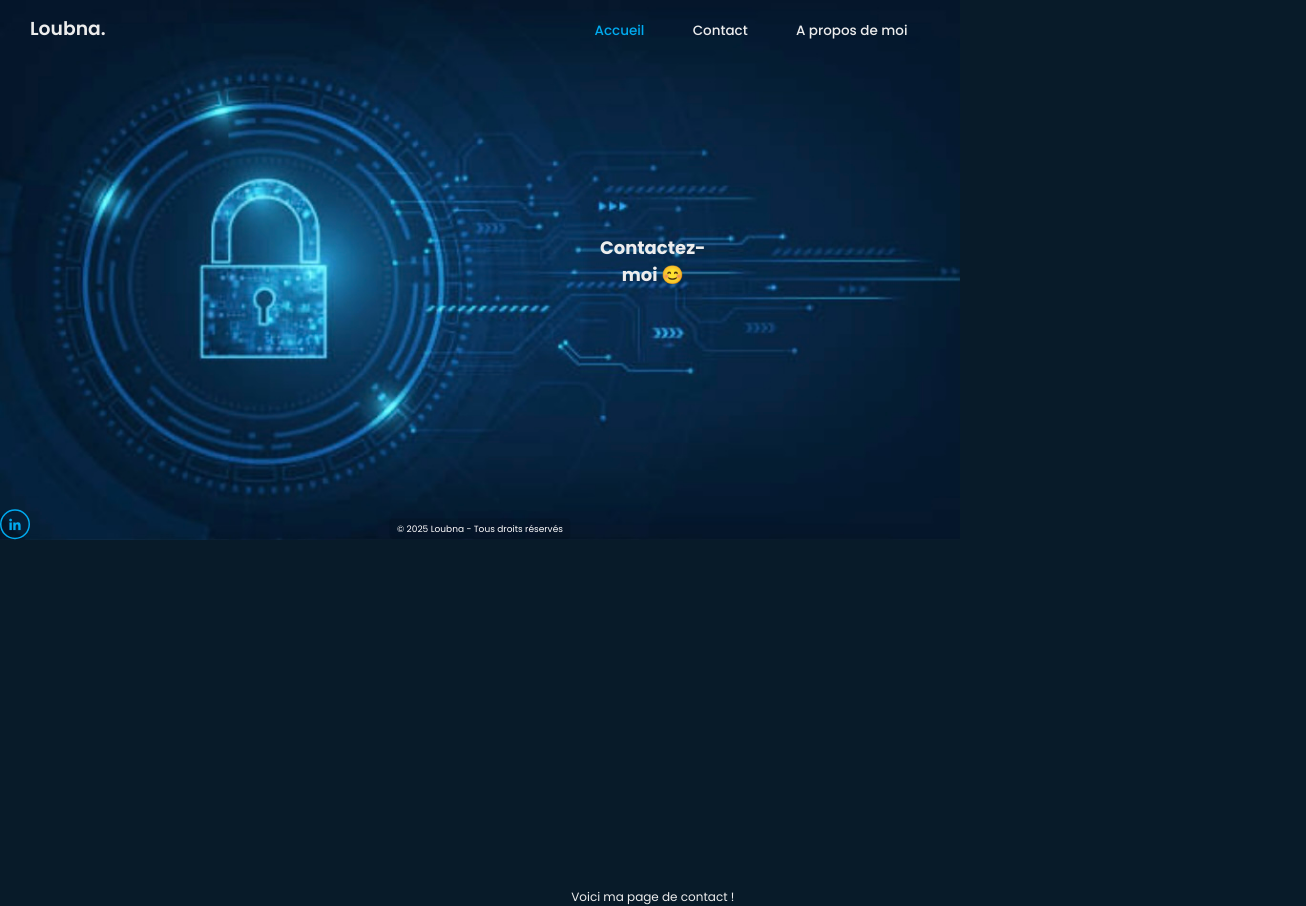
Repository: Loubna77290/Portfolio-de-Loubna
Page: contact.html
These files come from the project's save history. The page is drawn as it stood at one moment and after the next save; the edit follows.
The browser window is 1280 px wide. The page is 1741 px wide, then 1280 px, so the pictures cover 1741 px, including what lies to the right of the window. The pictures show the whole page, at 75% of full size.

Above is the page before, as saved 2025-03-10 22:39:15.

### contact.html
<!DOCTYPE html>
<html lang="en">
<head>
    <meta charset="UTF-8">
    <meta name="viewport" content="width=device-width, initial-scale=1.0">
    <title>Fiche contact</title>
    <link rel="stylesheet" href="style.css">
    <link href='https://unpkg.com/boxicons@2.1.4/css/boxicons.min.css'rel='stylesheet'>
</head>
<body>

  <header class="header">
        <a href="#" class="logo">Loubna.</a>
         <nav class="navbar">
            <a href="/index.html"class="active">Accueil</a>
            <a href="/contact.html">Contact</a>
            <a href="about.html">A propos de moi</a>
        </nav>
    </header>

    <section class="contact-background">
        <div class="contact-contenu">
        <h1>Contactez-moi &#128522;</h1>
        <p>Voici ma page de contact !</p>
    </div>
    </section>

    <div class="home-sci">
        <a href="https://www.linkedin.com/in/loubna-m-baaa031a6/"target="_blank"><i class='bx bxl-linkedin'></i></a>
     </div>
</body>

    <footer>
        <p>&copy; 2025 Loubna - Tous droits réservés </p>
       </footer>
</html>

### style.css
@import url('https://fonts.googleapis.com/css2?family=Poppins:wght@300;400;500;600;700;800;900&display=swap');

* {
    margin: 0;
    padding: 0;
    box-sizing: border-box;
    font-family: 'Poppins', sans-serif;

}

body {
    background: #081b29;
    color: #ededed;

}

.header {
    position:fixed;
    top: 0;
    left:0;
    width: 100%;
    padding: 20px 10px;
    background: transparent;
    display: flex;
    justify-content: space-between;
    align-items: center;
    z-index: 100;
}


.logo {
    position: relative;
    margin-left: 30px;
    font-size: 25px;
    color: #ededed;
    text-decoration: none;
    font-weight: 600;

}

.logo::before {
    content: '';
    position: absolute;
    top: 0;
    right: 0;
    width: 100%;
    height: 100%;
    background: #081b29b6;
    animation: showRight 1s ease forwards;
    animation-delay: .4s;;
}

.navbar a {
    font-size: 18px;
    color: #ededed;
    text-decoration: none;
    font-weight: 500;
    margin-right: 60px;
    justify-content: flex-end;
    transition: .3s;

}

.navbar a:hover,
.navbar a.active {
    color: #00abf0;

}

.accueil {
    position: relative;
    height: 100vh;
    background: url(./IMG_7408.jpg) no-repeat center center;
    background-size: cover;
    display: flex;
    align-items: center;
    padding: 0 10%;

}

.accueil-contenu {
    background: transparent;
    max-width: 600px;


    }

.accueil-contenu h2 {
    font-size: 45px;
    font-weight: 700;
    line-height: 1.2;
    white-space: nowrap;
}

.accueil-contenu h2::before {
    content: '';
    position: absolute;
    top: 0;
    right: 0;
    width: 100%;
    height: 100%;
    background: #081b29;
    animation: showRight 1s ease forwards;
    animation-delay: 1s;
}

.accueil-contenu h3 {
    font-size: 30px;
    font-weight: 600;
    color: #0ff;

}

.accueil-contenu p {
    font-size: 16px;
    margin: 20px  0 40px;
    line-height: 1.2;
}

.accueil-contenu .btn-box {
    position: relative;
    display: flex;
    justify-content: space-between;
    width: 380px;
    height: 60px;

}

.accueil-contenu .btn-box::before {
    content: '';
    position: absolute;
    top: 0;
    right: 0;
    width: 100%;
    height: 100%;
    background: #081b294d;
    animation: showRight 1s ease forwards;
    animation-delay: 1.9s;
    z-index: 2;
}

.btn-box a {
    position: relative;
    display: inline-flex;
    justify-content: center;
    align-items: center;
    width: 150px;
    height: 110%;
    background: #00abf0;
    border: 2px solid #00abf0;
    border-radius: 8px;
    font-size: 19px;
    color: #081b29;
    text-align: center;
    text-decoration: none;
    font-weight: 600;
    letter-spacing: 1px;
    z-index: 1;
    overflow: hidden;
    transition: .5s;
}

.btn-box a:hover {
    color: #00abf0;

}

.btn-box a:nth-child(2) {
    background: transparent;
    color:#00abf0
}

.btn-box a:nth-child(2):hover {
    color:#081b29;
}


.btn-box a:nth-child(2)::before {
    background: #00abf0;
    }

.btn-box a::before {
    content: '';
    position: absolute;
    top: 0;
    left: 0;
    width: 0;
    height: 100%;
    background: #081b29;
    z-index: -1;
    transition: .5s;
}

.btn-box a:hover::before {
    width: 100%;
    }

.home-sci {
    position: absolute;
    bottom: 1px;
    width: 150px;
    display: flex;
    justify-content: space-between;
}

.home-sci::before {
    content: '';
    position: absolute;
    top: 0;
    right: 0;
    width: 100%;
    height: 100%;
    background: #081b29;
    animation: showRight 1s ease forwards;
    animation-delay: 2.5s;
    z-index: 2;
}

.home-sci a {
    position: relative;
    display: inline-flex;
    justify-content: center;
    align-items: center;
    width: 40px;
    height: 40px;
    background: transparent;
    border: 2px solid #00abf0;
    border-radius: 50%;
    font-size: 20px;
    text-decoration: none;
    z-index: 1;
    overflow: hidden;
    transition: .5s;
    color: #00abf0;
}

.home-sci a:hover {
    color: #081b29;

}
.home-sci a::before {
    content: '';
    position: absolute;
    top: 0;
    left: 0;
    width: 0;
    height: 100%;
    background:#00abf0;
    transition: .5s;
    z-index: -1;
}

.home-sci a:hover::before {
    width: 100%;
}

/* KEYFRAMES ANIMATION */
@keyframes showRight {
    100% {
        width: 0;
    }
}

.contact-background  {
    background: url('IMG_7400.jpg');
    height: 100vh;
    background-size: cover;
    display: flex;
}

.contact-background h1 {
    margin: 800px;

}

.contact-contenu {
    display: flex;
    flex-direction: column;
    justify-content: center;
    align-items: center;
    text-align: center;

}

/* footer page à propos de moi  */
footer {
    position: absolute;
    bottom: 1px;
    left: 50%;
    transform: translate(-50%);
    background: rgba(0, 0, 0, 0.116);
    color: white;
    padding: 5px 10px;
    font-size: 12px;
    border-radius: 5px;
    z-index: 10;
}

.about-background  {
    background: url('IMG_7400.jpg');
    height: 100vh;
    background-size: cover;
    display: flex;
}

/* contenu de la page à propos de moi  */
.about-content {
    display: flex;
    flex-direction: column;
    justify-content: baseline;
    margin-top: 40px;
    width: 100%;
}

.about-content h1 {
    font-weight: 900;
    color: #ededed;
   margin-left: 120px;
}

.about-content p {
    padding: 30px;
    color: #ffff;
    text-align: left;
}

.about-content h2 {
    font-weight: 900;
    color: #ededed;
   margin-left: 100px;
}

.about-background {
    display: flex;
    justify-content: space-between;
    align-items:flex-start;
    padding: 50px;
}
.about-content {
    width: 55%;
}

.about-skills {
    margin: 100px;
    width: 40%;
    background: rgba(255,255,255,0.1);
    padding: 20px;
    border-radius: 10px;

}

.about-skills h2 {
    color: #00abf0;
    margin-bottom: 10px;
}

.about-skills ul {
    list-style: none;
    padding: 0;

}

.about-skills li {
    font-size: 16px;
    margin-bottom: 25px;
 }

 .about-content {
    opacity: 0;
    animation: fadeIn 1s ease-in forwards;
    animation-delay: 1s;
 }

 .about-skills {
     opacity: 0;
     animation: fadeIn 1s ease-in forwards;
     animation-delay: 3s;
    }

    /* mise en place d'animation avec keyframe  */

    @keyframes fadeIn {
        from{
            opacity: 0;
            transform: translateY(20px);
        }
        to {
            opacity: 1;
            transform: translateY(0);
        }
    }








 }:before {
        content: '';
        position: absolute;
        top: 0;
        right: 0;
        width: 100%;
        height: 100%;
        background: #081b294d;
        animation: showRight 1s ease forwards;
        animation-delay: 19s;
        z-index: 2;
         }

After the next save:
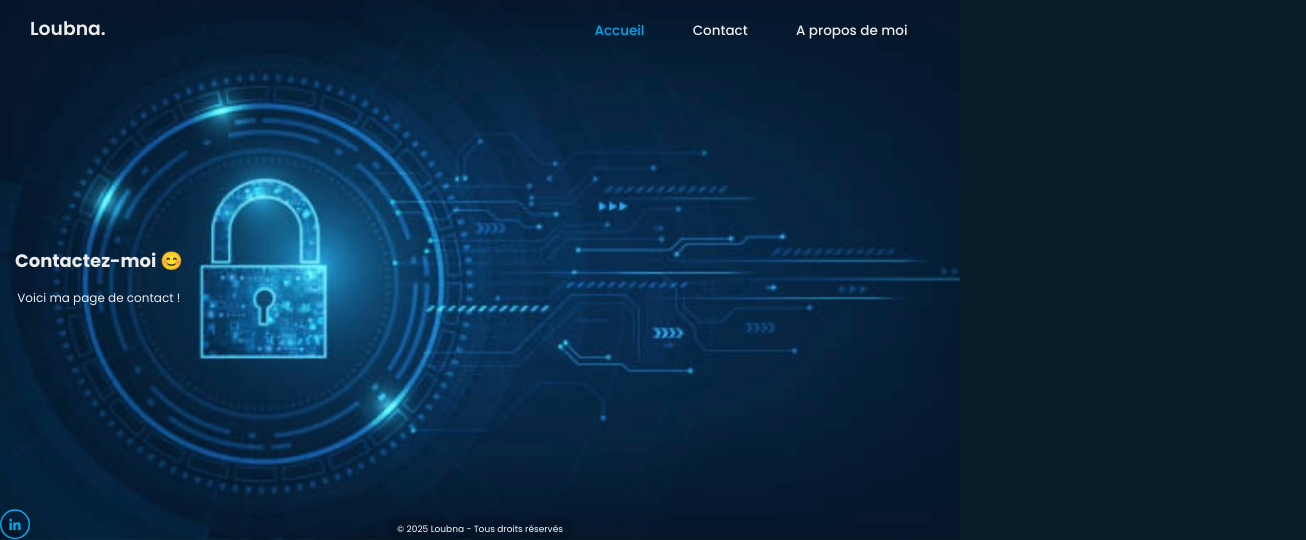
Saved 6 s later.
--- a/style.css
+++ b/style.css
@@ -269,7 +269,7 @@ body {
 }
 
 .contact-background h1 {
-    margin: 800px;
+    margin: 20px;
 
 }
 
